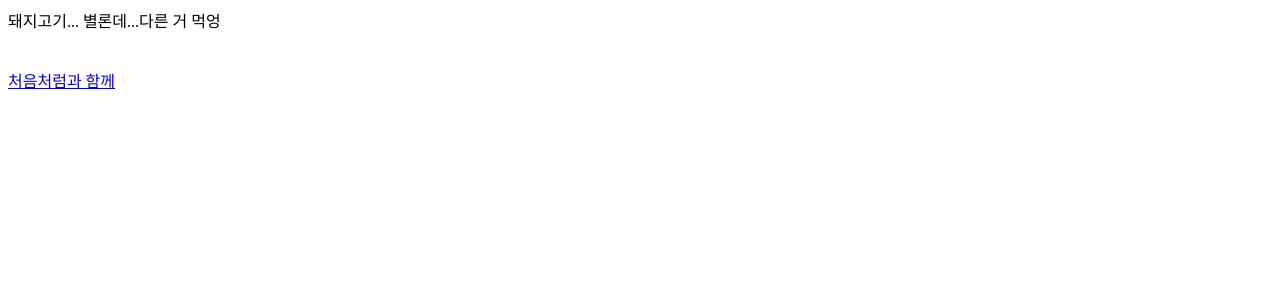
Repository: hyun5292/school
Page: http://localhost/PSH_1102_2/pork.jsp
These files come from the project's save history. The page is drawn as it stood at one moment and after the next save; the edit follows.
The browser window is 1280 px wide. The pictures show the whole page.
The page is served by Tomcat 9.

Above is the page before, as saved 2018-11-02 07:48:58.

After the next save:
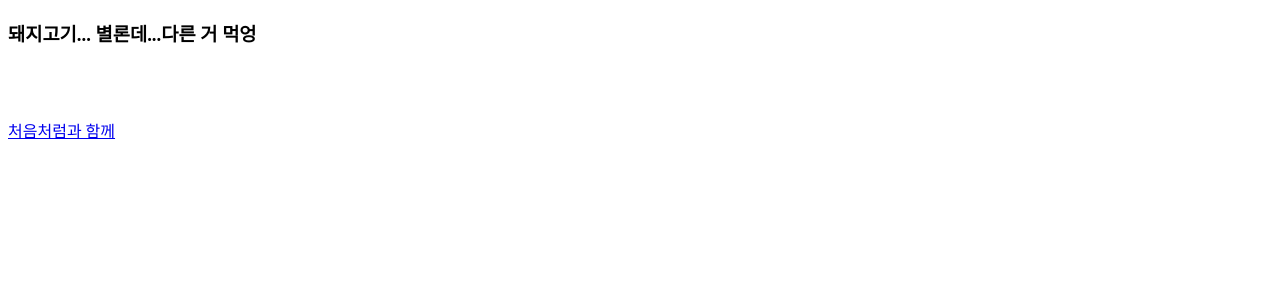
Saved 16 s later.
--- a/JSP2-2/PSH_1102/PSH_1102_2/WebContent/pork.jsp
+++ b/JSP2-2/PSH_1102/PSH_1102_2/WebContent/pork.jsp
@@ -11,7 +11,7 @@
 <%
 kind = request.getParameter("kind");
 %>
-돼지고기... 별론데...다른 거 먹엉<br/><br/><br/>
+<h3>돼지고기... 별론데...다른 거 먹엉</h3><br/><br/><br/>
 <a href="requestex.html">처음처럼과 함께</a>
 </body>
 </html>
